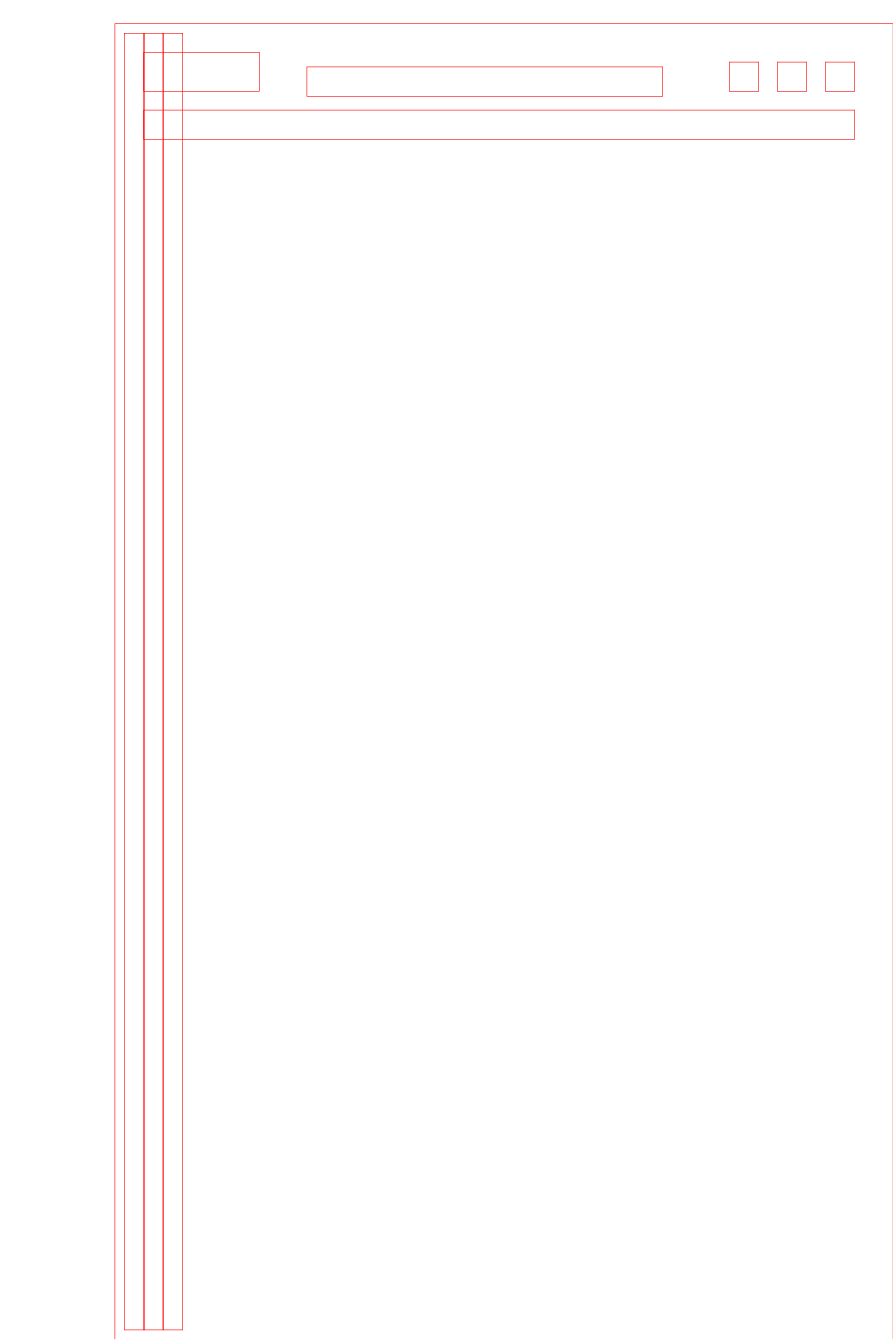
Repository: JacobSkilling-dot/Project1-Blog
Page: Week3-Blog.html
The author's editor kept a copy of each file at every save. The page is drawn from the files as they stood at one save, then again after the next save.
The browser window is 1280 px wide. The page is 1488 px wide, so the pictures cover 1488 px, including what lies to the right of the window. The pictures show the whole page, at 60% of full size.

Above is the page before, as saved 2023-01-16 20:41:45.

### Week3-Blog.html
<!DOCTYPE html>
<html lang="en">
<head>
    <meta charset="UTF-8">
    <meta http-equiv="X-UA-Compatible" content="IE=edge">
    <meta name="viewport" content="width=device-width, initial-scale=1.0">
    <title>Website Template</title>
    <link rel="stylesheet" href="style.css">
</head>
<body>
    <div class="main-content">
    <div class="logo"></div>
        <div class="search-bar"></div>
        <div class="social1"></div>
        <div class="social2"></div>
        <div class="social3"></div>
        <div class="pages"></div>
        <div class="large-img1"></div>
        <div class="large-img2"></div>
        <div class="large-img3"></div>
        <style>

            .main-content{
                width: 79rem;
                height: 300vh;
                margin-top: 0rem;
                position: absolute;
                left: 12rem;
                display: flex;


            }

            .logo{
                width: 10rem;
                height: 2rem;
                margin-top: 2rem;
                position: absolute;
                margin-left: 2rem ;
            }

            .search-bar{
                top: 2.5rem;
                height: 1rem;
                margin: 2rem;
                width: 35rem;
                position: absolute;
                left: 18rem;
            }

            .social1{
                right: 2rem;
                top: 2rem;
                height: 1rem;
                margin: 2rem;
                width: 1rem;
                position: absolute;

            }

            .social2{
                right: 7rem;
                top: 2rem;
                height: 1rem;
                margin: 2rem;
                width: 1rem;
                position: absolute;

            }

            .social3{
                right: 12rem;
                top: 2rem;
                height: 1rem;
                margin: 2rem;
                width: 1rem;
                position: absolute;
            }

            .pages{
                top: 7rem;
                height: 1rem;
                margin: 2rem;
                margin-left: 2;
                width: 72rem;
                position: absolute;

            }

            .large-img1{

            }


        </style>
    </div>

</body>
</html>

### style.css
* {
    outline: 1px solid rgb(255, 0, 0);
    padding: 1rem;
    min-height: 1rem;
}

html, body, grammarly-desktop-integration {
    outline: none;
}

After the next save:
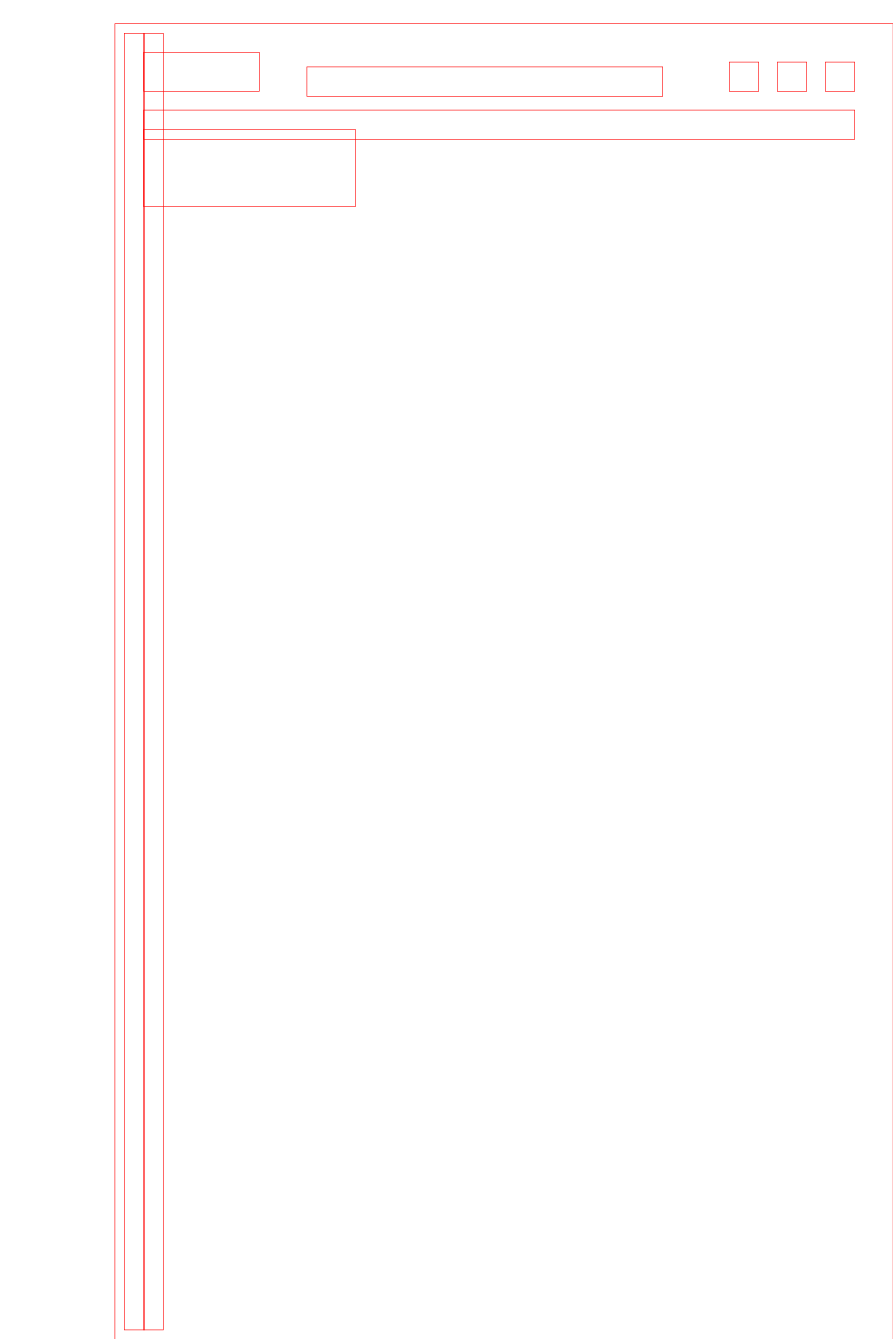
Saved 107 s later.
--- a/Week3-Blog.html
+++ b/Week3-Blog.html
@@ -88,6 +88,20 @@
             }
 
             .large-img1{
+                top: 9rem;
+                height: 6rem;
+                margin: 2rem;
+                margin-left: 2;
+                width: 20rem;
+                position: absolute;
+
+            }
+
+            .large-img2{
+
+            }
+
+            .large-img1{
 
             }
 
